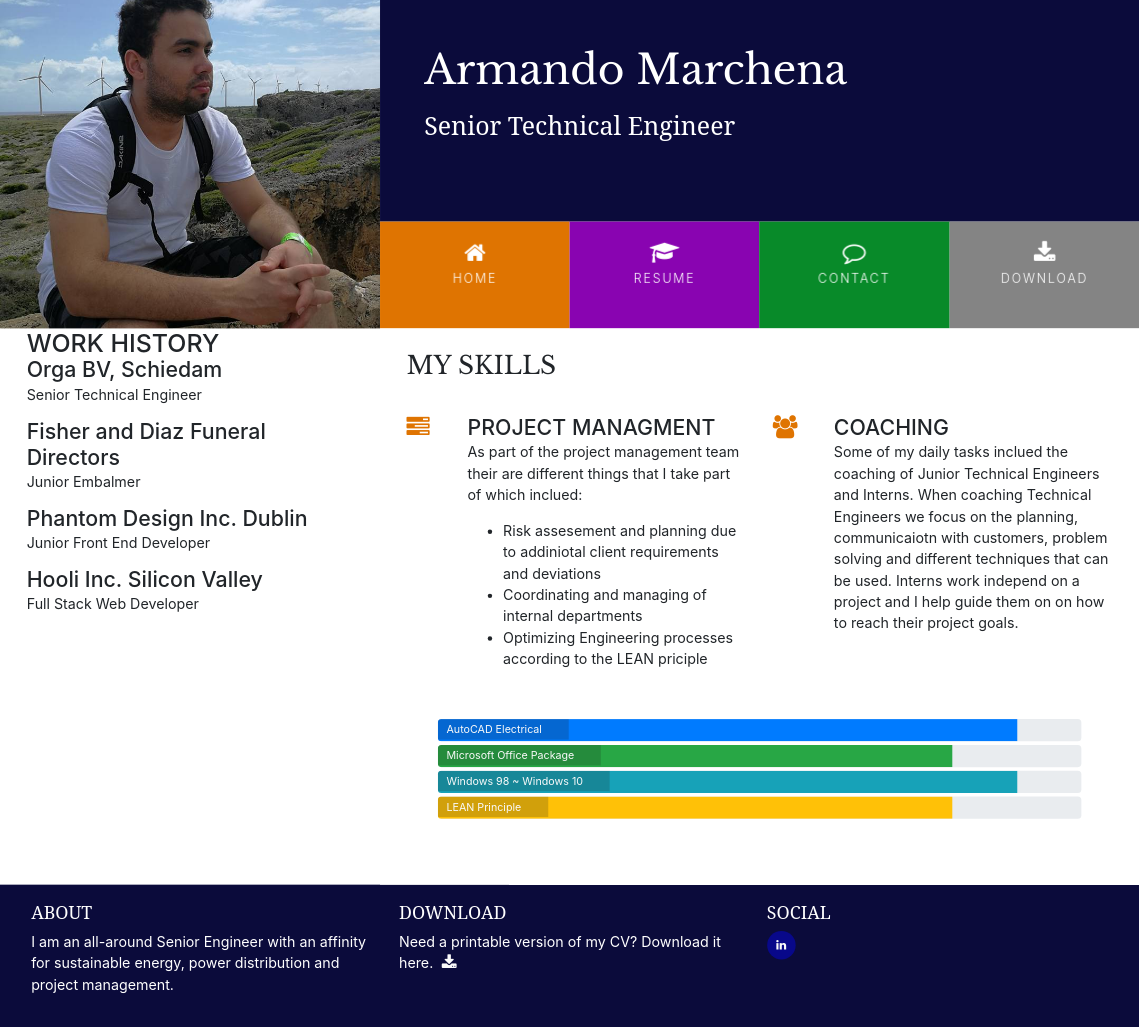
Repository: dugudugu/Resume-A-Marchena
Page: resume.html
The author's editor kept a record of every edit. The page is drawn from the files as they stood at one moment, then again after the next edit.
The browser window is 1280 px wide. The pictures show the whole page, at 89% of full size.

Above is the page before.

After the next edit:
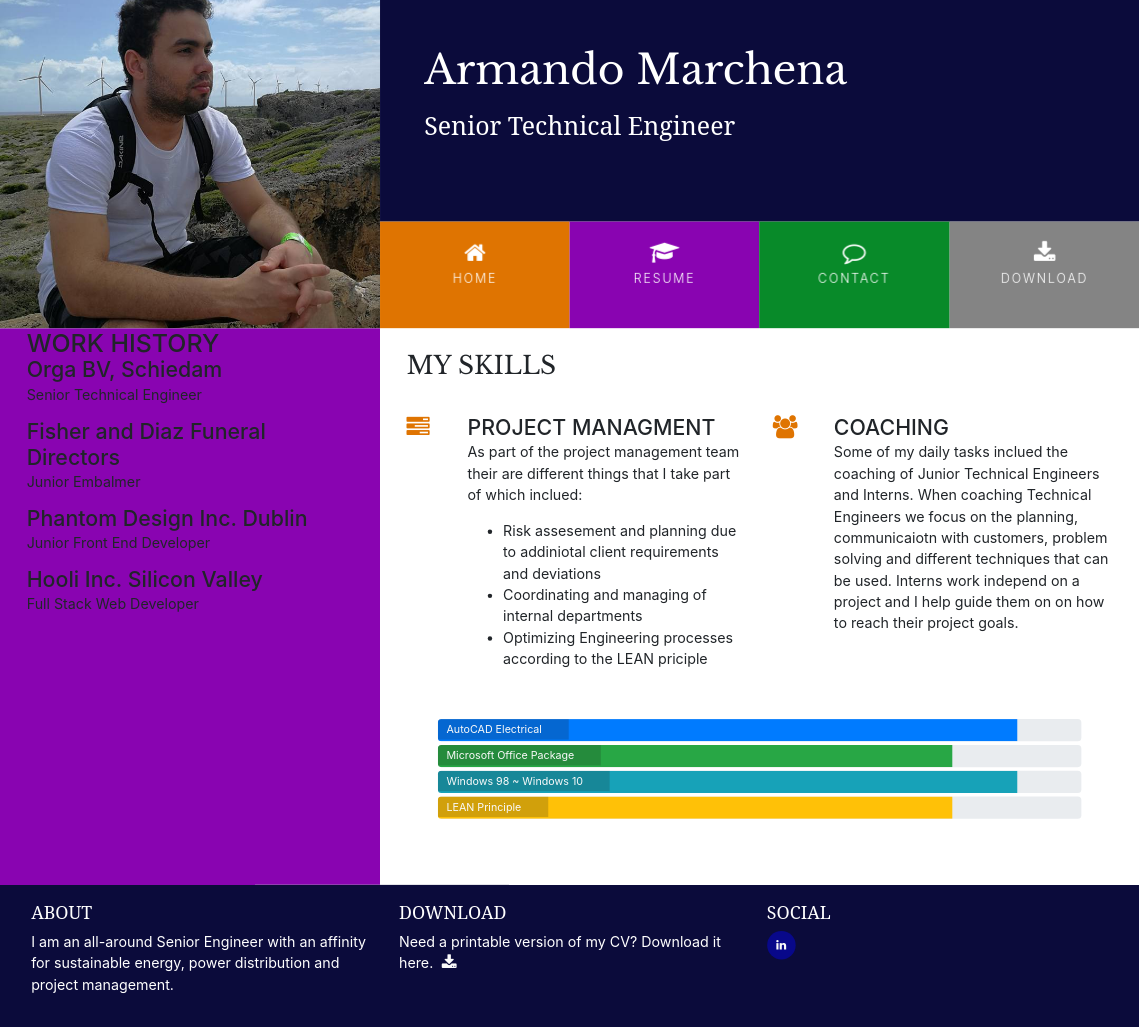
The edit:
--- a/assets/css/style.css
+++ b/assets/css/style.css
@@ -12,6 +12,10 @@
 
 .bg-color-personal-info {
     background-color: #f4f4f4;
+}
+
+.bg-color-work-history {
+    background-color: #8904B1;
 }
 
 .ui-menu-color-home {
